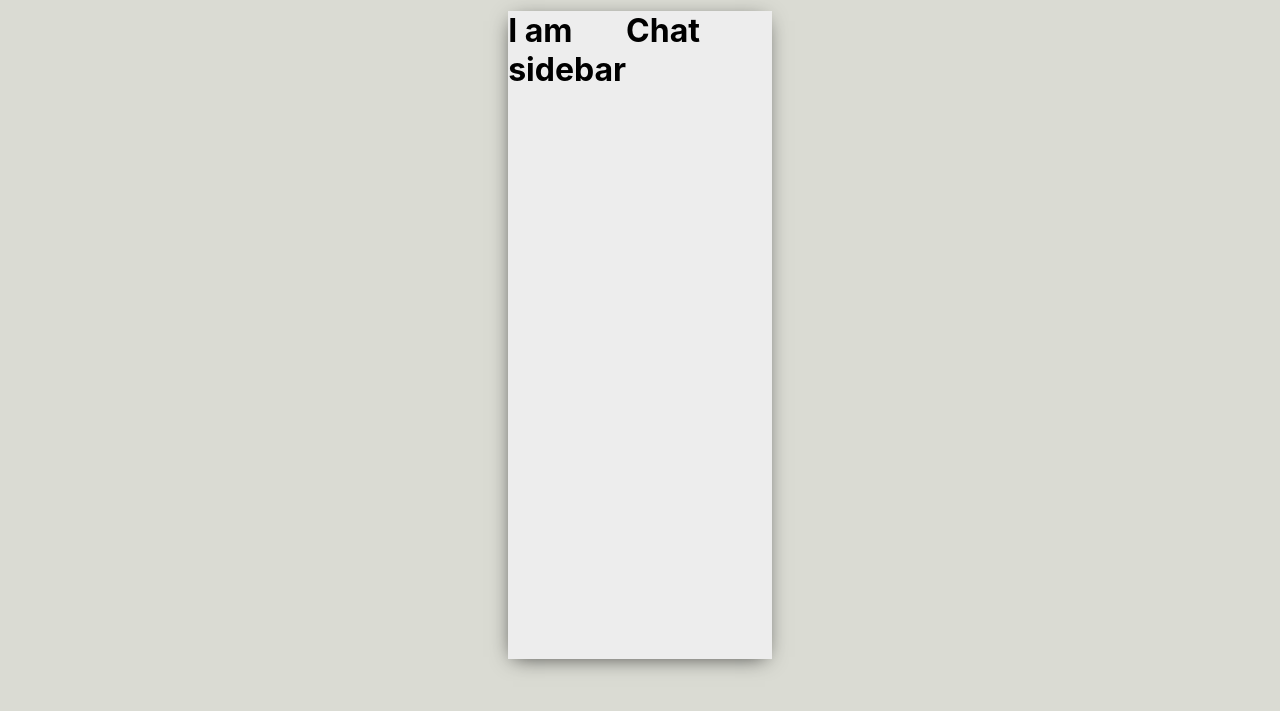
Repository: nadavmza/whatsapp-mern
Page: /
An editor plug-in stored every save of this project. The page is shown before and after the next save, followed by the edit.
The browser window is 1280 px wide. The pictures show the whole page.
The project was rebuilt for these pictures with package versions that can differ from the ones it lists, and the page was loaded fresh each time. Also part of the build but not shown: src/Chat.css.

Above is the page before, as saved 2021-12-21 23:53:14.

After the next save:
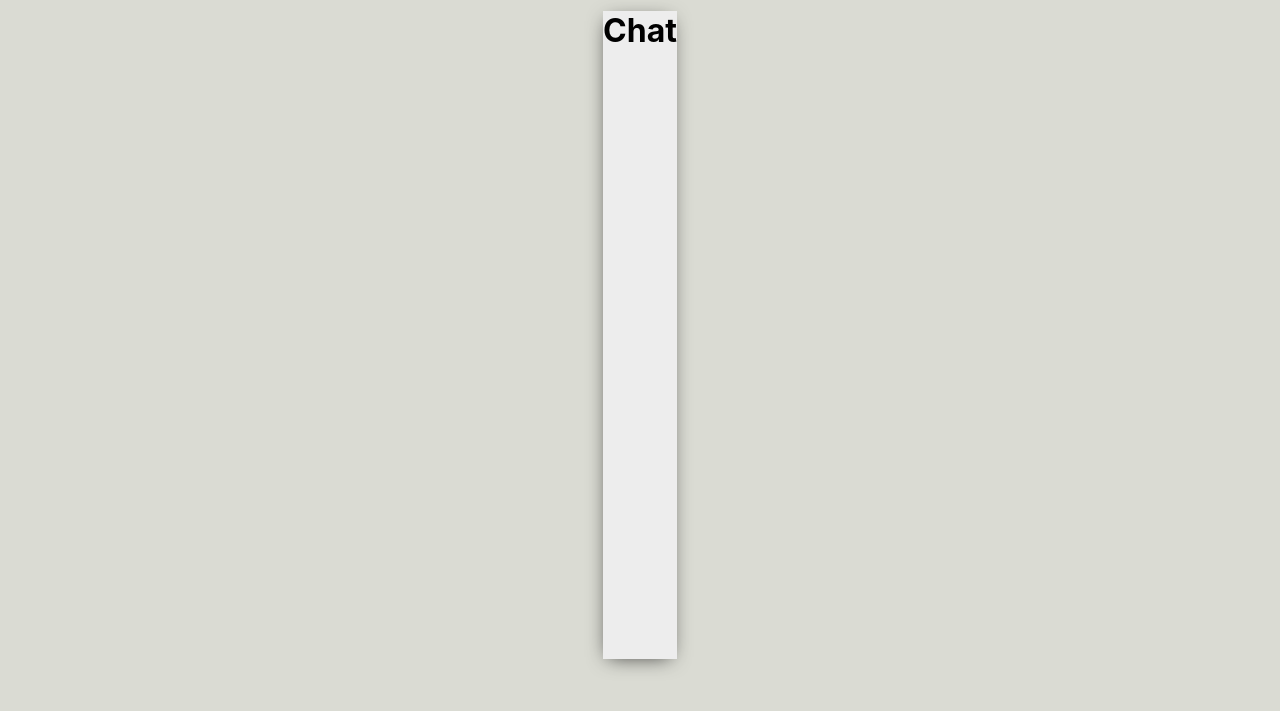
Saved 6 min 32 s later.
--- a/src/Sidebar.js
+++ b/src/Sidebar.js
@@ -4,7 +4,6 @@ import "./Sidebar.css"
 function Sidebar() {
     return (
         <div className='sidebar'>
-            <h1>I am sidebar</h1>
             <div className="sidebar_header">
                 <div className="sidebar_headerRight">
                 </div>
